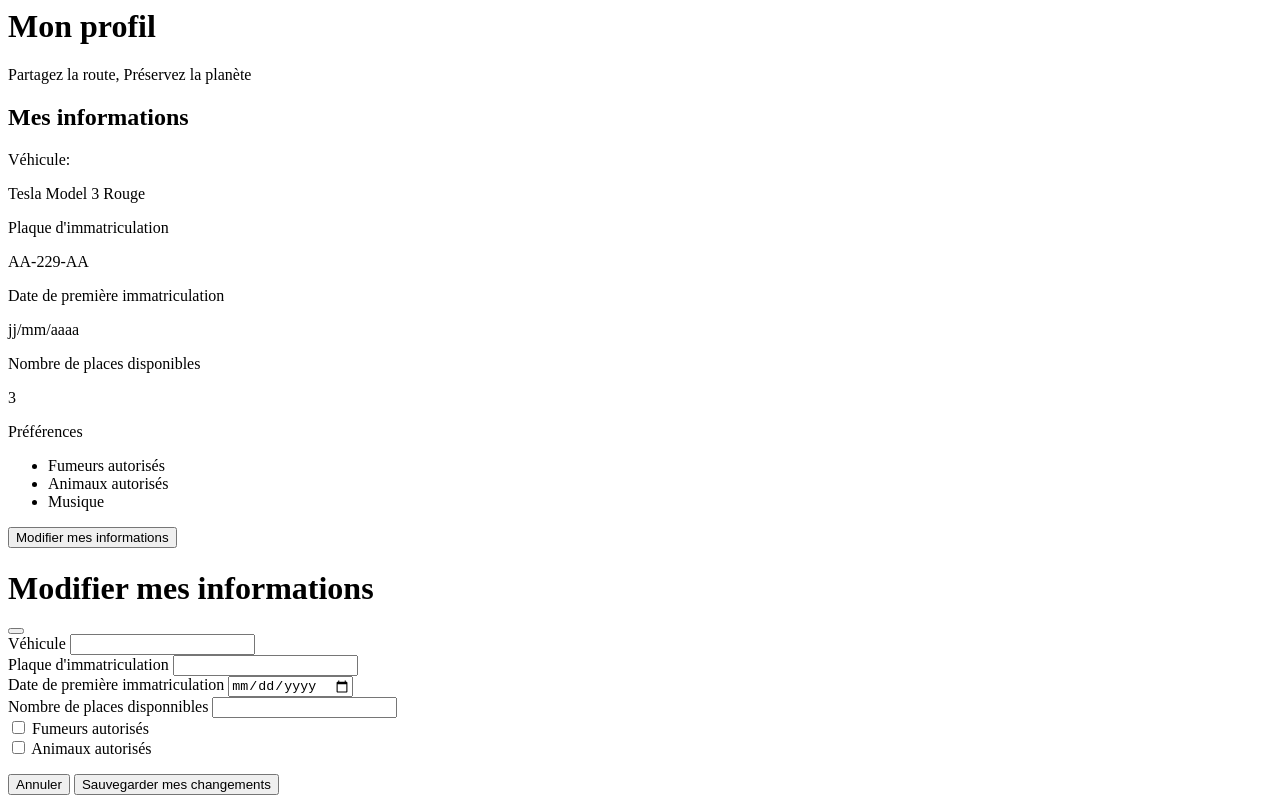
Repository: lemonhao9/ECF
Page: pages/auth/profile.html
These files come from the project's save history. The page is drawn as it stood at one moment and after the next save; the edit follows.
The browser window is 1280 px wide. The pictures show the whole page.

Above is the page before, as saved 2025-02-14 12:20:21.

After the next save:
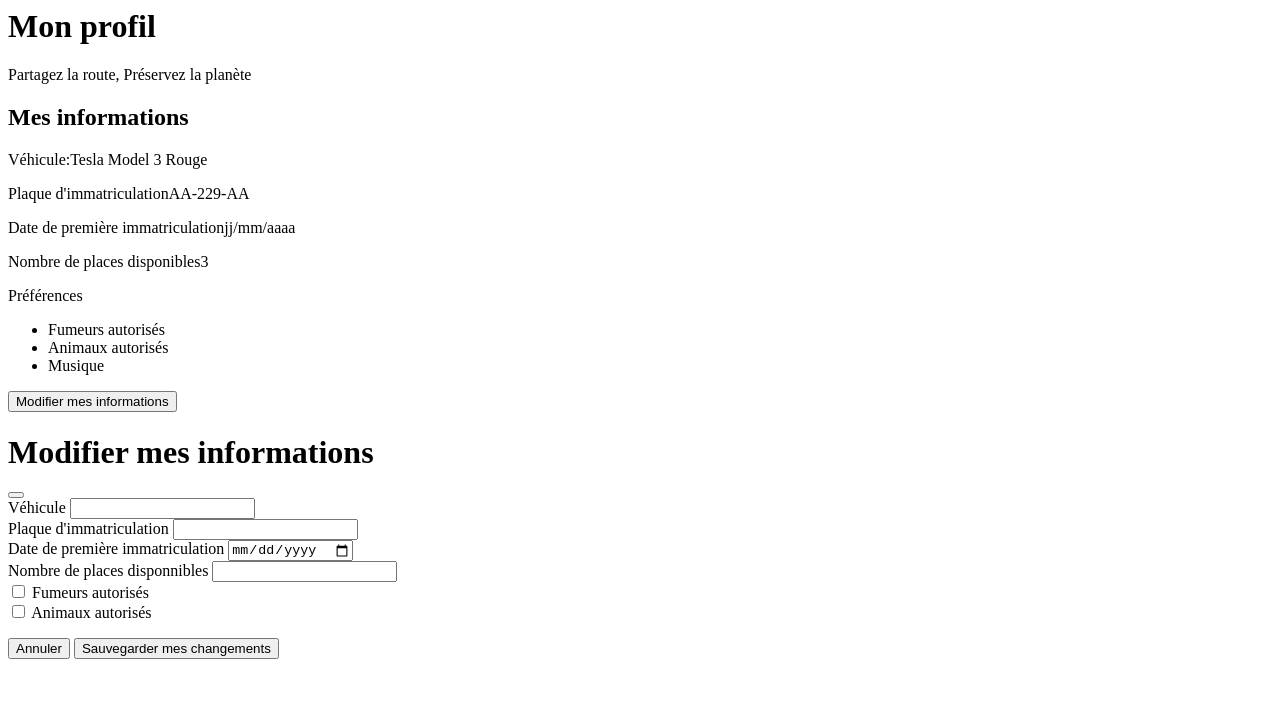
Saved 68 s later.
--- a/pages/auth/profile.html
+++ b/pages/auth/profile.html
@@ -11,11 +11,11 @@
             <h2 class="text-secondary pt-3">Mes informations</h2>
         </div>
         <div>
-            <div class="align-items">
-                <p>Véhicule:</p><span id="vehicule">Tesla Model 3 Rouge</span>
-                <p>Plaque d'immatriculation</p><span id="plaque">AA-229-AA</span>
-                <p>Date de première immatriculation</p><span id="dateImmat">jj/mm/aaaa</span>
-                <p>Nombre de places disponibles</p><span id="placeDisp">3</span>
+            <div>
+                <p>Véhicule:<span id="vehicule">Tesla Model 3 Rouge</span></p>
+                <p>Plaque d'immatriculation<span id="plaque">AA-229-AA</span></p>
+                <p>Date de première immatriculation<span id="dateImmat">jj/mm/aaaa</span></p>
+                <p>Nombre de places disponibles<span id="placeDisp">3</span></p>
             <p>Préférences</p>
             <ul class="text-center">
                 <li id="fumeurs">Fumeurs autorisés</li>
